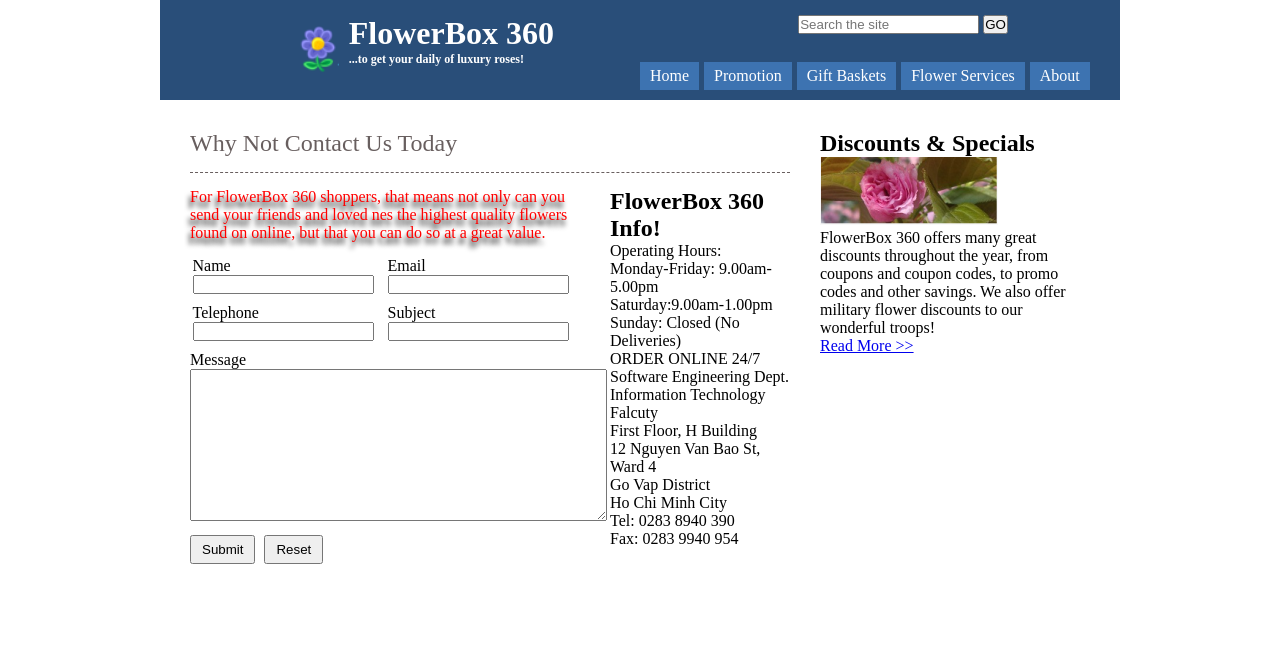
Repository: hoangnguyen1903/STT_21084321_NguyenHuyHoang_DHKHMT17B_Tuan4_DeThamKhao3
Page: html/demo.html
These files come from the project's save history. The page is drawn as it stood at one moment and after the next save; the edit follows.
The browser window is 1280 px wide. The pictures show the whole page.

Above is the page before, as saved 2023-03-09 15:03:04.

### html/demo.html
<!DOCTYPE html>
<html lang="en">
  <head>
    <meta charset="UTF-8" />
    <meta http-equiv="X-UA-Compatible" content="IE=edge" />
    <meta name="viewport" content="width=device-width, initial-scale=1.0" />
    <title>Demo 3</title>
    <style>
      * {
        padding: 0;
        box-sizing: border-box;
        margin: 0 auto;
      }

      .wrapper {
        width: 960px;
        height: 100%;
      }

      .header {
        width: 960px;
        height: 100px;
        background-color: #294e79;
        color: #fff;
        display: flex;
        position: relative;
      }

      .header > .header__left {
        display: flex;
        padding: 15px 20px;
      }

      .header > .header__left > img {
        padding-right: 10px;
      }

      .header > .header__left > div > h2 {
        font-size: 12px;
      }

      .header > .header__right {
        padding-top: 15px;
      }

      .header > .header__bottom {
        position: absolute;
        bottom: 10px;
        left: 50%;
        display: flex;
      }

      .header > .header__bottom > li {
        list-style: none;
        margin-right: 5px;
        background-color: #3d73b1;
        padding: 5px 10px;
      }

      .header > .header__bottom > li:hover {
        background-color: #fff;
      }

      .header > .header__bottom > li:hover > a {
        color: #000;
      }

      .header > .header__bottom > li > a {
        text-decoration: none;
        color: white;
      }

      .content {
        width: 960px;
        display: flex;
        padding: 30px;
      }

      .content > .content__left {
        width: calc(70% - 30px);
        margin-right: 30px;
      }

      .content > .content__left > .content__left-top {
        color: #685f5f;
        font-weight: 500;
        padding-bottom: 15px;
        border-bottom: 1px dashed #685f5f;
        margin-bottom: 15px;
      }

      .content > .content__left > .content__left-bottom {
        display: flex;
      }

      .content > .content__left > .content__left-bottom > .content__left-form {
        width: calc(70% - 30px);
        margin-right: 30px;
      }

      .content
        > .content__left
        > .content__left-bottom
        > .content__left-form
        > p {
        color: red;
        text-shadow: -2px 6px 5px #000;
        margin-bottom: 15px;
      }

      .content
        > .content__left
        > .content__left-bottom
        > .content__left-form
        > form {
        display: flex;
        flex-wrap: wrap;
      }

      .content
        > .content__left
        > .content__left-bottom
        > .content__left-form
        > form
        > div {
        width: calc(50% - 5px);
        margin-bottom: 10px;
      }

      .content
        > .content__left
        > .content__left-bottom
        > .content__left-form
        > form
        > div:nth-child(5) {
        width: 100%;
        margin-bottom: 10px;
      }

      .content
        > .content__left
        > .content__left-bottom
        > .content__left-form
        > form
        > div:nth-child(6) {
        width: 100%;
        margin-bottom: 10px;
      }

      .content
        > .content__left
        > .content__left-bottom
        > .content__left-form
        > form
        > div:nth-child(6)
        > input {
        padding: 5px 10px;
        margin-right: 5px;
      }

      .content > .content__right {
        width: 30%;
      }
    </style>
  </head>
  <body>
    <div class="wrapper">
      <div class="header">
        <div class="header__left">
          <img src="../img/AnhLogo.PNG" alt="Logo" class="logo" />
          <div>
            <h1>FlowerBox 360</h1>
            <h2>...to get your daily of luxury roses!</h2>
          </div>
        </div>
        <ul class="header__bottom">
          <li><a href="#">Home</a></li>
          <li><a href="#">Promotion</a></li>
          <li><a href="#">Gift Baskets</a></li>
          <li><a href="#">Flower Services</a></li>
          <li><a href="#">About</a></li>
        </ul>
        <div class="header__right">
          <input
            type="text"
            name="txt"
            id="txt"
            placeholder="Search the site"
          />
          <input type="button" value="GO" />
        </div>
      </div>
      <div class="content">
        <div class="content__left">
          <h2 class="content__left-top">Why Not Contact Us Today</h2>
          <div class="content__left-bottom">
            <div class="content__left-form">
              <p>
                For FlowerBox 360 shoppers, that means not only can you send
                your friends and loved nes the highest quality flowers found on
                online, but that you can do so at a great value.
              </p>
              <form action="">
                <div>
                  <label for="name">Name</label>
                  <input type="text" name="name" id="name" />
                </div>
                <div>
                  <label for="email">Email</label>
                  <input type="email" name="email" id="email" />
                </div>
                <div>
                  <label for="telephone">Telephone</label>
                  <input type="number" name="telephone" id="telephone" />
                </div>
                <div>
                  <label for="subject">Subject</label>
                  <input type="text" name="subject" id="subject" />
                </div>
                <div>
                  <label for="message">Message</label>
                  <div>
                    <textarea
                      name="message"
                      id="message"
                      cols="50"
                      rows="10"
                    ></textarea>
                  </div>
                </div>
                <div>
                  <input type="submit" value="Submit" />
                  <input type="reset" value="Reset" />
                </div>
              </form>
            </div>
            <div class="content__left-info">
              <h2 class="content__left-heading">FlowerBox 360 Info!</h2>
              <div>
                <p>Operating Hours:</p>
                <p>Monday-Friday: 9.00am-5.00pm</p>
                <p>Saturday:9.00am-1.00pm</p>
                <p>Sunday: Closed (No Deliveries)</p>
                <p>ORDER ONLINE 24/7</p>
              </div>
              <div>
                <p>Software Engineering Dept.</p>
                <p>Information Technology Falcuty</p>
                <p>First Floor, H Building</p>
              </div>
              <div>
                <p>12 Nguyen Van Bao St, Ward 4</p>
                <p>Go Vap District</p>
                <p>Ho Chi Minh City</p>
                <p>Tel: 0283 8940 390</p>
                <p>Fax: 0283 9940 954</p>
              </div>
            </div>
          </div>
        </div>
        <div class="content__right">
          <h2 class="content__right-top">Discounts & Specials</h2>
          <div class="content__right-bottom">
            <img src="../img/flower.PNG" alt="Flower" />
            <p>
              FlowerBox 360 offers many great discounts throughout the year,
              from coupons and coupon codes, to promo codes and other savings.
              We also offer military flower discounts to our wonderful troops!
            </p>
            <a href="#">Read More >></a>
          </div>
        </div>
      </div>
      <div class="footer"></div>
    </div>
  </body>
</html>

After the next save:
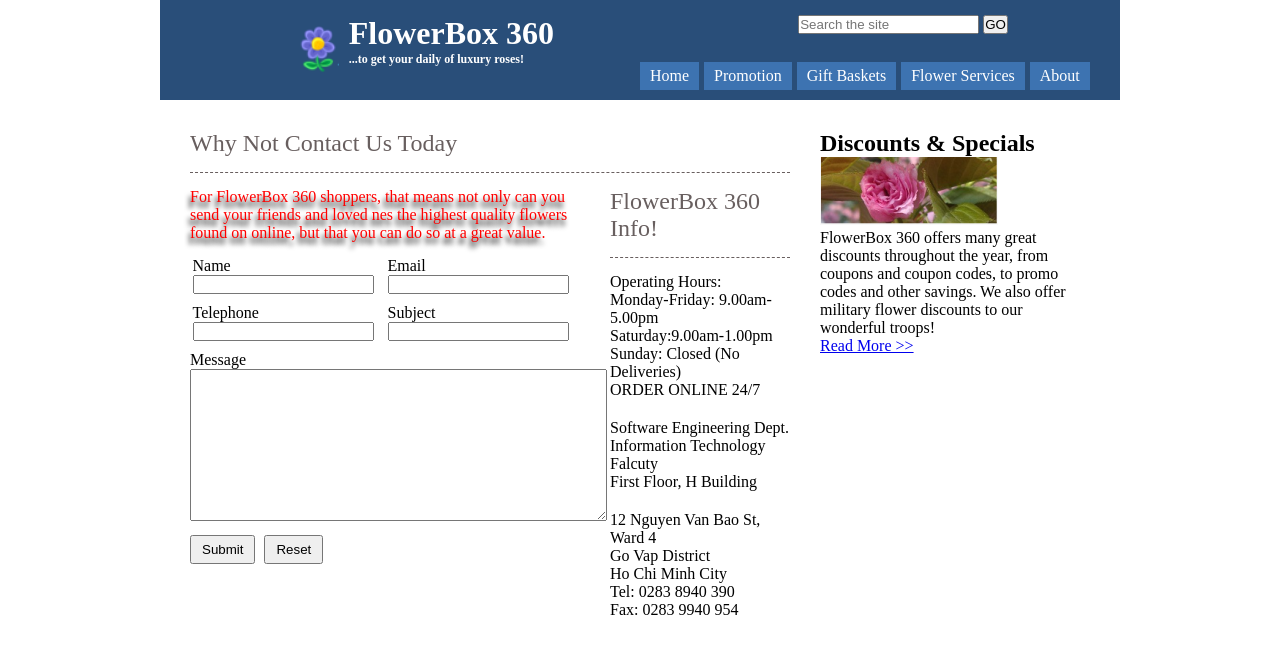
Saved 2 min 56 s later.
--- a/html/demo.html
+++ b/html/demo.html
@@ -156,6 +156,26 @@
         > input {
         padding: 5px 10px;
         margin-right: 5px;
+      }
+
+      .content
+        > .content__left
+        > .content__left-bottom
+        > .content__left-info
+        > .content__left-heading {
+        color: #685f5f;
+        font-weight: 500;
+        padding-bottom: 15px;
+        border-bottom: 1px dashed #685f5f;
+        margin-bottom: 15px;
+      }
+
+      .content
+        > .content__left
+        > .content__left-bottom
+        > .content__left-info
+        > div:not(:last-child) {
+        margin-bottom: 20px;
       }
 
       .content > .content__right {
